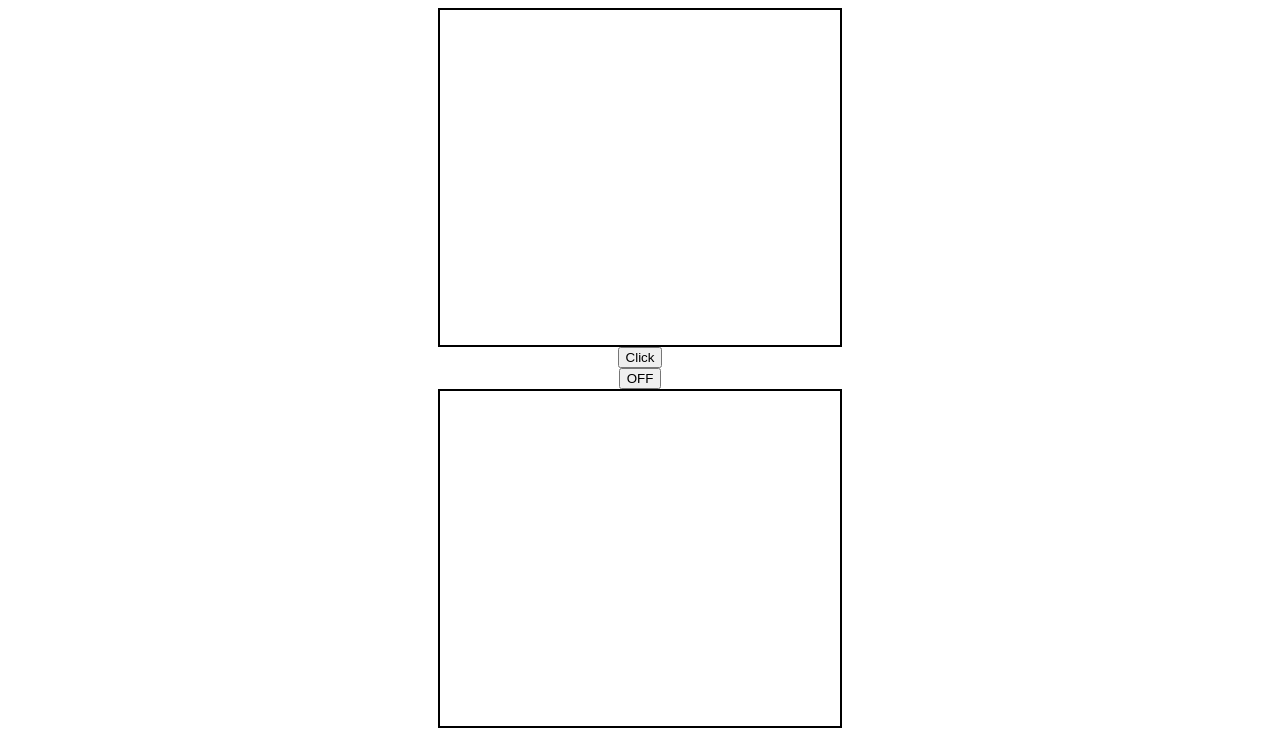
Repository: dmpelaez/photoBoothy
Page: Photobooth.html
These files come from the project's save history. The page is drawn as it stood at one moment and after the next save; the edit follows.
The browser window is 1280 px wide. The pictures show the whole page.

Above is the page before, as saved 2025-12-16 19:04:30.

### Photobooth.html
<!DOCTYPE html>

  <html>

    <head>

      <title>Photobooth</title>

      <link rel="stylesheet" href="Photobooth.css">
    </head>
    <body>
      <div class="timer"></div>
      <video autoplay id="video"></video>
      <button id="photo-btn" >Click</button>
      <button id="btn-toggle">OFF</button>
      <canvas id="canvas-image"></canvas>
      <script src="Photobooth.js"></script>
    </body>

  </html>

### Photobooth.css
body {
  display: Flex;
  align-items: center;
  justify-content: center;
  HEIGHT: 100VH;
  flex-direction: column;
}
#video,
#canvas-image {
  border: 2px solid black;
  height: 400px;
  width: 400px;
}
.timer {
display: none;
}

.timerPhoto {
  background: black;
  height: 50px;
  width: 50px;
  color: white;
  display: flex;
  align-items: center;
  justify-content: center;
}

### Photobooth.js
//To make the video appear in html
//I use <video></video> html element
const video = document.getElementById('video');
//canvas element is where the photos will appear
const canvas = document.getElementById('canvas-image');
const btn = document.getElementById('photo-btn');
//I set the canvas into 2d to get the copy
//of the photo taken
const context = canvas.getContext('2d');


//I use navigator.mediDevices.getUsermedia
//to get access on the camera by allowing the
//video and use it to assigned as value of
//video element

///-----------------------------------------------------------------///
//Default value false
let isVideo = false;


//This is a btn for on and off to the camera
document.getElementById('btn-toggle')
.addEventListener('click', () => {

  //Condition where it looks for the opposite
  //value of isVideo by using NOT operator
  //which will result to having a value of TRUE
  if (!isVideo) {
  //once it becomes true
  //navigator.mediaDevices.getUserMedia will activate
  //and the access to video will open
  navigator.mediaDevices.getUserMedia({video: true})
  .then((stream) => {
  //access to camera
  video.srcObject = stream;
  //btn ON
   document.getElementById('btn-toggle').innerHTML = 'ON';
   //Value was change to true
   //so once the btn is click again
   //the else if is the one that will be open
     isVideo = true;

  });
} else if (isVideo) {
  //access to camera again
 navigator.mediaDevices.getUserMedia({video: true})
  .then((stream) => {
    //To stop the camera access
    stream.getTracks().forEach(track => track.stop());
    //To stop the webcam light we need to track all
    //the access video.srcObject have
    for (const track of video.srcObject.getTracks()) {
      track.stop();
    }
    //no value
    stream = null;
    //no value
   video.srcObject = null;
   //Display btn as OFF
   document.getElementById('btn-toggle').innerHTML = 'OFF';
   //Value is changed to false
   isVideo = false;

  })

}
console.log(isVideo);
});

///------------------------------------------------------------///
//capturePhoto is a function where
// the canvas width and height have the
// values of videos'
//and context.drawImage capture everything
//and replicate the videos into photo
//and before that we change its value
//to the canvas.getContext('2d')
function capturePhoto() {
  //the value canvas width and height
  // is the same as the video width and height;
  canvas.width = video.videoWidth;
  canvas.height = video.videoHeight;

  //
  context.drawImage(video, 0, 0, canvas.width, canvas.height);
}

///------------------------------------------------------------------------///
//btn for camera to capture
btn.addEventListener('click', () => {
//Finally after minutes of thinking how
//to activate the timer if the camera is open

//This will only activate if the isVideo value
// is true but its default value stop it from triggering
//the settimer() because it didn't meet the condition
if (isVideo === true) {
settimer();

}
})

document.body.addEventListener('keydown', (event) => {
  if (event.code === 'Space') {
    if (isVideo === true) {
      settimer();
  }
 }
})

///-----------------------------------------------------------------////
//Timer default setTime
let timer = 5;

//This is timer function
// where after five seconds
//it will capture a picture
function settimer() {
  //Display
  document.querySelector('.timer').innerHTML = timer;
  const timer2 =  document.querySelector('.timer');
  //if statement condition where if
  //the timer is greater than 0 then it will
  //activate the specific function
  if (timer > 0) {
    timer --;
    //setTimeout is updating the settimer function every
    // one second to update the display number
    setTimeout(settimer, 1000);
    //added a new class to design the timer
    timer2.classList.add("timerPhoto");
  } else {
    //after 0 the else will run this part of function
    // where capturePhoto(); is activated
    //timer goes back to default and display it
    //but remove the design in the webpage
    capturePhoto();
    timer = 5;
   timer2.innerHTML = timer;
   timer2.classList.remove("timerPhoto");
  }
}

After the next save:
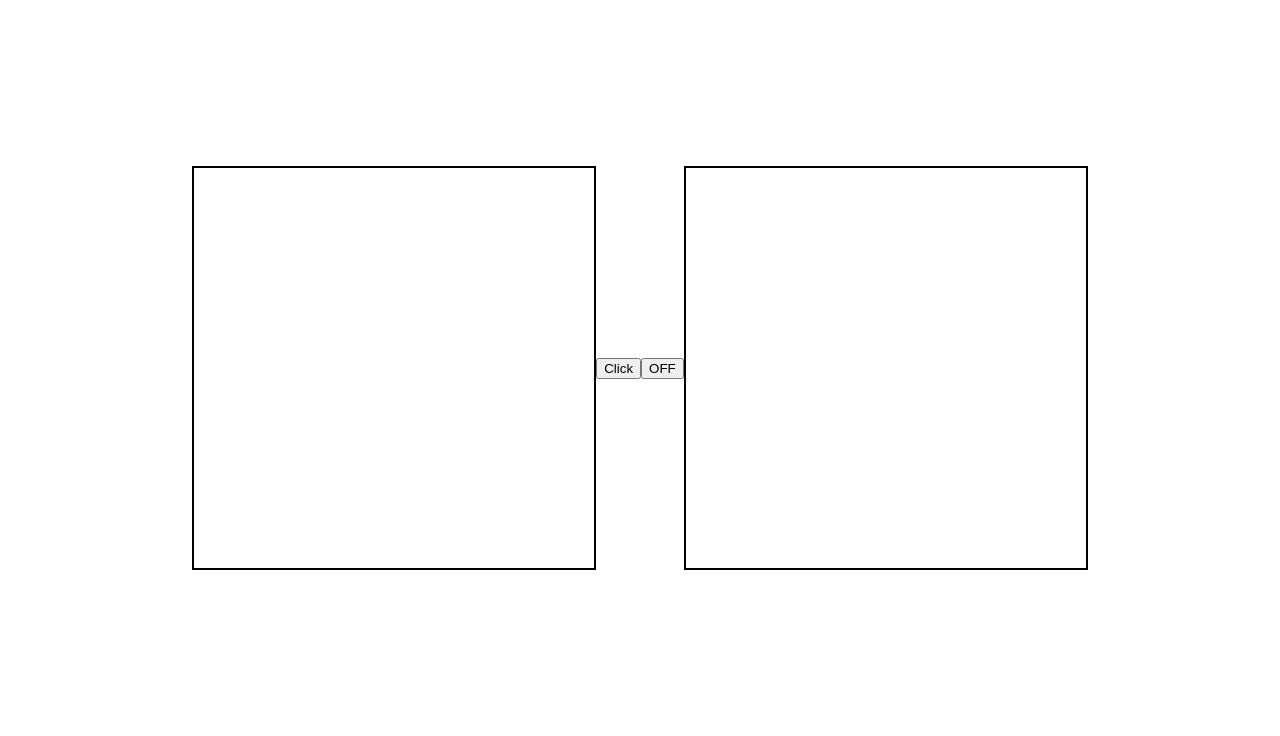
Saved 112 min 20 s later.
--- a/Photobooth.css
+++ b/Photobooth.css
@@ -3,7 +3,7 @@ body {
   align-items: center;
   justify-content: center;
   HEIGHT: 100VH;
-  flex-direction: column;
+  flex-direction: row;
 }
 #video,
 #canvas-image {
